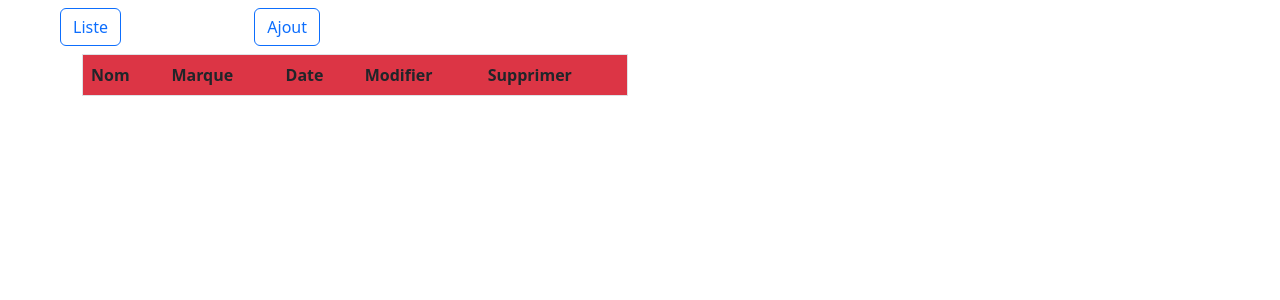
Repository: raharimanantenadiary/angular-app
Page: /liste
An editor plug-in stored every save of this project. The page is shown before and after the next save, followed by the edit.
The browser window is 1280 px wide. The pictures show the whole page.
The page's requests for data from a server got no answer. The project was rebuilt for these pictures with package versions that can differ from the ones it lists, and the page was loaded fresh each time. No one was signed in, and anything a server would have sent is missing. Also part of the build but not shown: angular.json, src/app/auth/register/register.component.ts, src/app/auth/login/login/login.component.ts, src/app/employe/modifier/modifier.component.ts, src/app/employe/ajouter/ajouter.component.ts, src/app/employe/update/update.component.ts, src/app/employe/supprimer/supprimer.component.ts.

Above is the page before, as saved 2023-01-15 22:54:09.

### src/index.html
<!doctype html>
<html lang="en">
<head>
  <meta charset="utf-8">
  <title>Agularcrud</title>
  <base href="/">
  <meta name="viewport" content="width=device-width, initial-scale=1">
  <link rel="icon" type="image/x-icon" href="favicon.ico">
   <link href="https://cdn.jsdelivr.net/npm/bootstrap@5.2.3/dist/css/bootstrap.min.css" rel="stylesheet">
</head>
<body>
  <app-root></app-root>
  <script src="https://cdn.jsdelivr.net/npm/bootstrap@5.2.3/dist/js/bootstrap.min.js" integrity="sha384-cuYeSxntonz0PPNlHhBs68uyIAVpIIOZZ5JqeqvYYIcEL727kskC66kF92t6Xl2V" crossorigin="anonymous"></script>
</body>
</html>

### src/app/app.module.ts
import { NgModule } from '@angular/core';
import { RouterModule } from '@angular/router';
import { HttpClientModule } from '@angular/common/http';
import { BrowserModule } from '@angular/platform-browser';
import { FormsModule } from '@angular/forms';

import { AppRoutingModule } from './app-routing.module';
import { AppComponent } from './app.component';
import { AuthModule } from './auth/auth.module';
import { ModifierComponent } from './employe/modifier/modifier.component';
import { ListeComponent } from './employe/liste/liste.component';
import { AjouterComponent } from './employe/ajouter/ajouter.component';
import { UpdateComponent } from './employe/update/update.component';
import { SupprimerComponent } from './employe/supprimer/supprimer.component';
// import { ToastrModule } from 'ngx-toastr';

@NgModule({
  declarations: [
    AppComponent,
    ModifierComponent,
    ListeComponent,
    AjouterComponent,
    UpdateComponent,
    SupprimerComponent
  ],
  imports: [
    BrowserModule,
    AppRoutingModule,
    AuthModule,
    HttpClientModule,
    FormsModule,
    // ToastrModule,
    RouterModule.forRoot([
    { path: '', component: AppComponent },
    { path: 'modif/:id', component: ModifierComponent },
    { path: 'liste', component: ListeComponent },
    { path: 'ajout', component: AjouterComponent },
    { path: 'update/:id', component: UpdateComponent },
    { path: 'delete/:id', component: SupprimerComponent },
    ])
  ],
  providers: [],
  bootstrap: [AppComponent]
})
export class AppModule { }

### src/app/app.component.ts
import { Component } from '@angular/core';
import { MasterService } from './service/master.service';
import { HttpClient } from '@angular/common/http';
import { Router } from '@angular/router';


@Component({
  selector: 'app-root',
  templateUrl: './app.component.html',
  styleUrls: ['./app.component.scss']
})
export class AppComponent  {
  title = 'CRUD Projet depart';





}

### src/app/auth/auth.module.ts
import { NgModule } from '@angular/core';
import { CommonModule } from '@angular/common';
import { RegisterComponent } from './register/register.component';
import { LoginComponent } from './login/login/login.component';



@NgModule({
  declarations: [
    RegisterComponent,
    LoginComponent
  ],
  imports: [
    CommonModule
    ],
  exports:[
    LoginComponent
  ]
})
export class AuthModule { }

### src/app/employe/liste/liste.component.ts
import { Component, OnInit } from '@angular/core';
import { MasterService } from '../../service/master.service';
import { Router } from '@angular/router';
import { HttpClient } from '@angular/common/http';

@Component({
  selector: 'app-liste',
  templateUrl: './liste.component.html',
  styleUrls: ['./liste.component.scss']
})
export class ListeComponent implements OnInit {
emplist: any;



  constructor(private service: MasterService,private http: HttpClient,private router: Router){}

  ngOnInit(){
     this.service.getDataEmp().subscribe(result => {  this.emplist = result; });
  }





  // getUserFormData(data:any){
  //    this.service.saveData(data).subscribe(result => {} );
  // }


}

### src/app/service/master.service.ts
import { Injectable } from '@angular/core';
import { HttpClient } from '@angular/common/http';

@Injectable({
  providedIn: 'root'
})
export class MasterService {

  constructor(private http: HttpClient) { }

  // apiurl = "localhost:4900/test/getAll";
  apiurl = "http://localhost:4900/test/getAll";
  apiAdd = "http://localhost:4900/test";

  userinfo = [{"nom": "Tsanta","marque": "Toyota"},
              {"nom": "Manata","marque": "Chevrolet"},
              {"nom": "Ganta", "marque": "Renault"}];

  getCarData(){
    return this.userinfo;
  }

  getDataEmp(){
    return this.http.get(this.apiurl);
  }

  saveData(inputData:any){
      return this.http.post(this.apiAdd,inputData);
  }

  empById(id:any){
      return this.http.get(this.apiAdd+"/"+id);
  }

  modifEmp(id:any,inputData:any){
      return this.http.patch(this.apiAdd+"/"+id,inputData);
  }

    deleteEmp(id:any){
      return this.http.delete(this.apiAdd+"/"+id);
  }

}

### src/app/employe/liste/liste.component.html
<div class="container mt-2">
		<div class="row">
			<div class="col-6">
				<table class="table" border="1" cellspacing="0">
					<thead>
						<tr class="bg-danger">
							<th>Nom</th>
							<th>Marque</th>
							<th>Date</th>
							<th>Modifier</th>
							<th>Supprimer</th>
						</tr>
					</thead>
					<tbody>
						<tr ngIf="emplist.length > 0 else" *ngFor="let item of emplist">
							<td>{{item.nom}}</td>
							<td>{{item.description}}</td>
							<td>{{item.date|date}}</td>
							<td> <a  [routerLink]="['/update',item._id]"class="nav-item nav-link"><button  class="btn btn-outline-secondary">Modifier</button></a></td>
							<td> <a  [routerLink]="['/delete',item._id]"class="nav-item nav-link"><button class="btn btn-outline-secondary">Supprimer</button></a></td>
						</tr>
					</tbody>
				</table>
			</div>
		</div>
	</div>

<router-outlet></router-outlet>

Loaded but not shown: src/styles.scss (common file); src/main.ts (common file); src/app/app-routing.module.ts (common file); src/app/app.component.html (common file); src/app/app.component.scss (no stored copy; drawn as an empty file); src/app/employe/liste/liste.component.scss (no stored copy; drawn as an empty file)

After the next save:
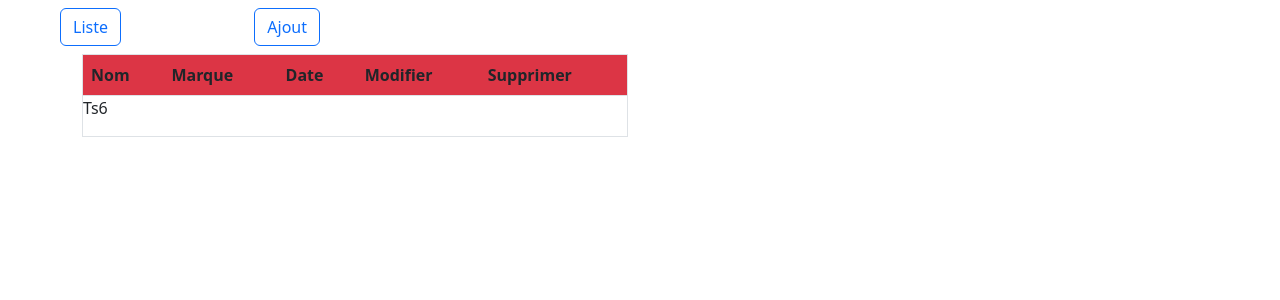
Saved 9 s later.
--- a/src/app/employe/liste/liste.component.html
+++ b/src/app/employe/liste/liste.component.html
@@ -19,6 +19,7 @@
 							<td> <a  [routerLink]="['/update',item._id]"class="nav-item nav-link"><button  class="btn btn-outline-secondary">Modifier</button></a></td>
 							<td> <a  [routerLink]="['/delete',item._id]"class="nav-item nav-link"><button class="btn btn-outline-secondary">Supprimer</button></a></td>
 						</tr>
+						<p>Ts6</p>
 					</tbody>
 				</table>
 			</div>

After the 2 saves that followed:
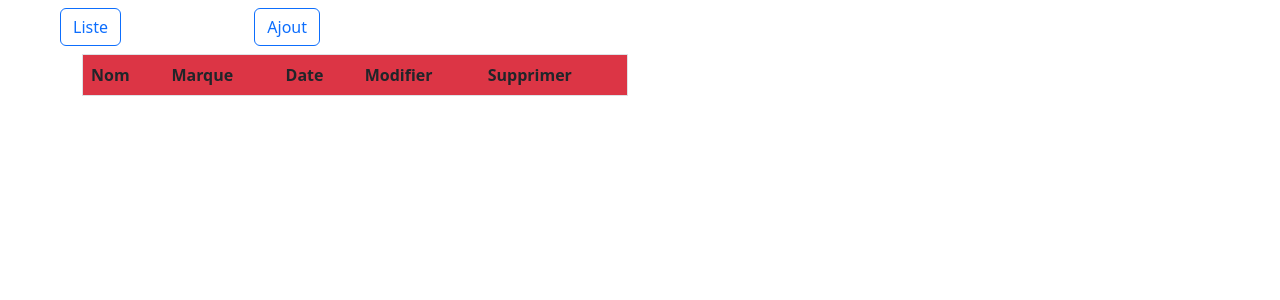
The 2 saves are shown as one change because 1 left the picture as it was.
The last was saved 4 min 10 s later.
--- a/src/app/employe/liste/liste.component.html
+++ b/src/app/employe/liste/liste.component.html
@@ -12,14 +12,13 @@
 						</tr>
 					</thead>
 					<tbody>
-						<tr ngIf="emplist.length > 0 else" *ngFor="let item of emplist">
+						<tr *ngFor="let item of emplist">
 							<td>{{item.nom}}</td>
 							<td>{{item.description}}</td>
 							<td>{{item.date|date}}</td>
 							<td> <a  [routerLink]="['/update',item._id]"class="nav-item nav-link"><button  class="btn btn-outline-secondary">Modifier</button></a></td>
 							<td> <a  [routerLink]="['/delete',item._id]"class="nav-item nav-link"><button class="btn btn-outline-secondary">Supprimer</button></a></td>
 						</tr>
-						<p>Ts6</p>
 					</tbody>
 				</table>
 			</div>
